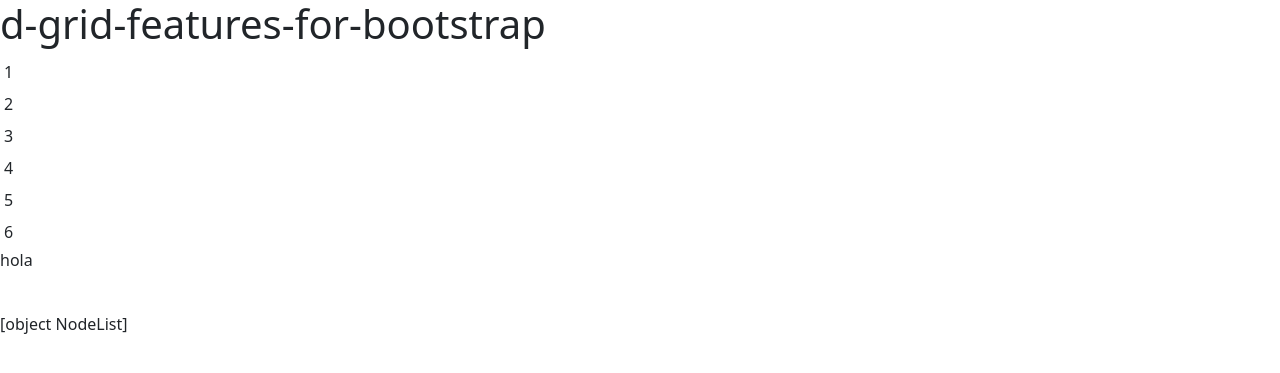
Repository: LynxPardelle/d-grid-features-for-bootstrap
Page: index.html
The author's editor kept a copy of each file at every save. The page is drawn from the files as they stood at one save, then again after the next save.
The browser window is 1280 px wide. The pictures show the whole page.

Above is the page before, as saved 2021-10-20 03:56:10.

### index.html
<!DOCTYPE html>
<html lang="en">
<head>
  <meta charset="UTF-8">
  <meta http-equiv="X-UA-Compatible" content="IE=edge">
  <meta name="viewport" content="width=device-width, initial-scale=1.0">
  <title>d-grid-features-for-bootstrap</title>
  <link href="https://cdn.jsdelivr.net/npm/bootstrap@5.1.3/dist/css/bootstrap.min.css" rel="stylesheet" integrity="sha384-1BmE4kWBq78iYhFldvKuhfTAU6auU8tT94WrHftjDbrCEXSU1oBoqyl2QvZ6jIW3" crossorigin="anonymous">
</head>
<body>
  <h1>d-grid-features-for-bootstrap</h1>

  <section class="d-grid" data-gfbs="{'grid-template-columns: repeat(5, 2fr)'}">
    <div class="grid-element bg- p-1">
      1
    </div>
    <div class="grid-element bg- p-1">
      2
    </div>
    <div class="grid-element bg- p-1">
      3
    </div>
    <div class="grid-element bg- p-1">
      4
    </div>
    <div class="grid-element bg- p-1">
      5
    </div>
    <div class="grid-element bg- p-1">
      6
    </div>
  </section>

  <div id="console">

  </div>

  <script src="https://cdn.jsdelivr.net/npm/bootstrap@5.1.3/dist/js/bootstrap.bundle.min.js" integrity="sha384-ka7Sk0Gln4gmtz2MlQnikT1wXgYsOg+OMhuP+IlRH9sENBO0LRn5q+8nbTov4+1p" crossorigin="anonymous"></script>
  <script src="./d-grid.js"></script>
</body>
</html>

### d-grid.js
"use strict";

let gridElements = document.querySelectorAll("[data-gfbs]");

for (let gridElement of gridElements) {
  for(let attribute of gridElement.attributes){
    if(attribute.localName.includes('gfbs')){
      console.log(attribute);
    }
  }
}

/* for(let attribute of gridElements.attributes){
  if(attribute.localName.includes('gfbs')){
    console.log(attribute);
  }
} */

console.log(gridElements);

document.getElementById("console").innerHTML += "<p>hola</p><br/>";
document.getElementById("console").innerHTML += gridElements;

After the next save:
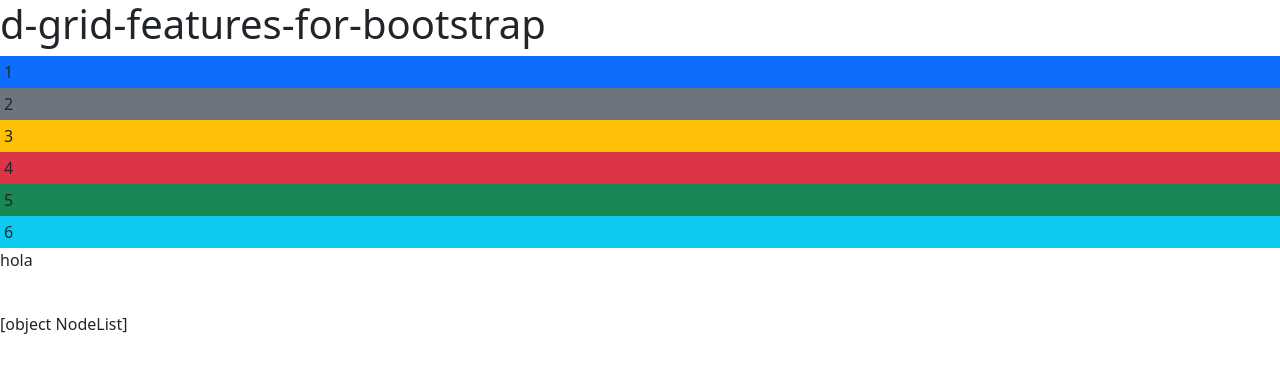
Saved 48 s later.
--- a/index.html
+++ b/index.html
@@ -10,23 +10,23 @@
 <body>
   <h1>d-grid-features-for-bootstrap</h1>
 
-  <section class="d-grid" data-gfbs="{'grid-template-columns: repeat(5, 2fr)'}">
-    <div class="grid-element bg- p-1">
+  <section class="d-grid bg-dark" data-gfbs="{'grid-template-columns: repeat(5, 2fr)'}">
+    <div class="grid-element bg-primary p-1">
       1
     </div>
-    <div class="grid-element bg- p-1">
+    <div class="grid-element bg-secondary p-1">
       2
     </div>
-    <div class="grid-element bg- p-1">
+    <div class="grid-element bg-warning p-1">
       3
     </div>
-    <div class="grid-element bg- p-1">
+    <div class="grid-element bg-danger p-1">
       4
     </div>
-    <div class="grid-element bg- p-1">
+    <div class="grid-element bg-success p-1">
       5
     </div>
-    <div class="grid-element bg- p-1">
+    <div class="grid-element bg-info p-1">
       6
     </div>
   </section>
